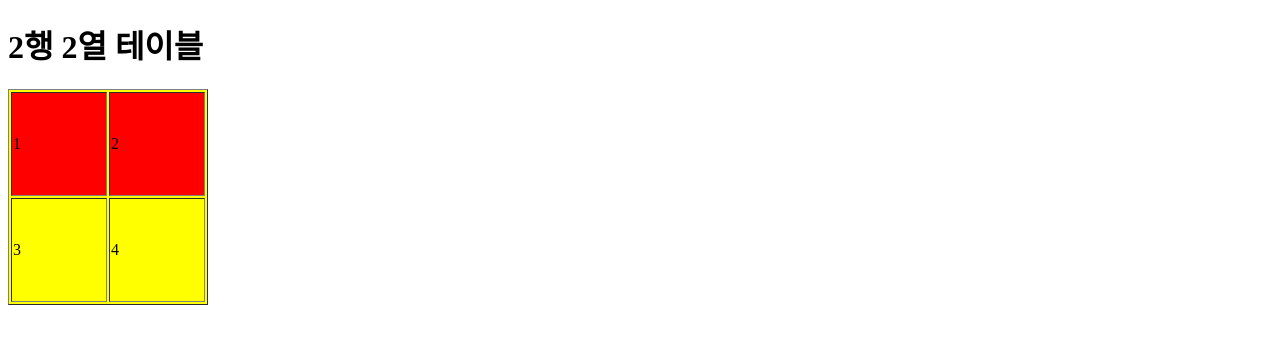
Repository: Chun0903/classStudy_github.io
Page: client/ClientTest/WebContent/ex13_table.html
These files come from the project's save history. The page is drawn as it stood at one moment and after the next save; the edit follows.
The browser window is 1280 px wide. The pictures show the whole page.

Above is the page before, as saved 2020-06-19 07:19:38.

### client/ClientTest/WebContent/ex13_table.html
<!DOCTYPE html>
<html>
<head>
<meta charset="UTF-8">
<title>Insert title here</title>
</head>
<body>

	<!--

		<table>, 표
		- 표 만들 떄 사용
		- 레이아웃 만들 때 사용 -> 잘 안씀 -> <div> + CSS 사용

		1. <table>
			- 큰상자
			- 전체 컨테이너
		2. <tr>
			- 중간 상자
			- 행 역할
		3. <td>
			- 작은상자
			- 셀 역할
			- 테이블의 데이터는 <td>가 가진다.
	-->

	<h1>2행 2열 테이블</h1>

	<table border="1" width="200" height="200" bgcolor="yellow">
		<tr bgcolor="red">
			<td width="100" height="100">1</td>
			<td width="100">2</td>
		</tr>
		<tr>
			<td height="100">3</td>
			<td>4</td>
		</tr>
	</table>






</body>
</html>

After the next save:
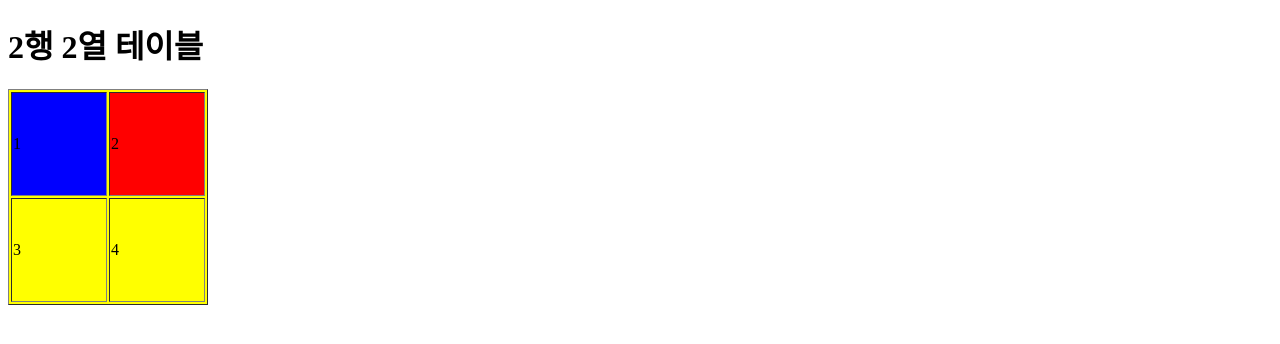
Saved 33 s later.
--- a/client/ClientTest/WebContent/ex13_table.html
+++ b/client/ClientTest/WebContent/ex13_table.html
@@ -28,7 +28,7 @@
 
 	<table border="1" width="200" height="200" bgcolor="yellow">
 		<tr bgcolor="red">
-			<td width="100" height="100">1</td>
+			<td width="100" height="100" bgcolor ="blue">1</td>
 			<td width="100">2</td>
 		</tr>
 		<tr>
